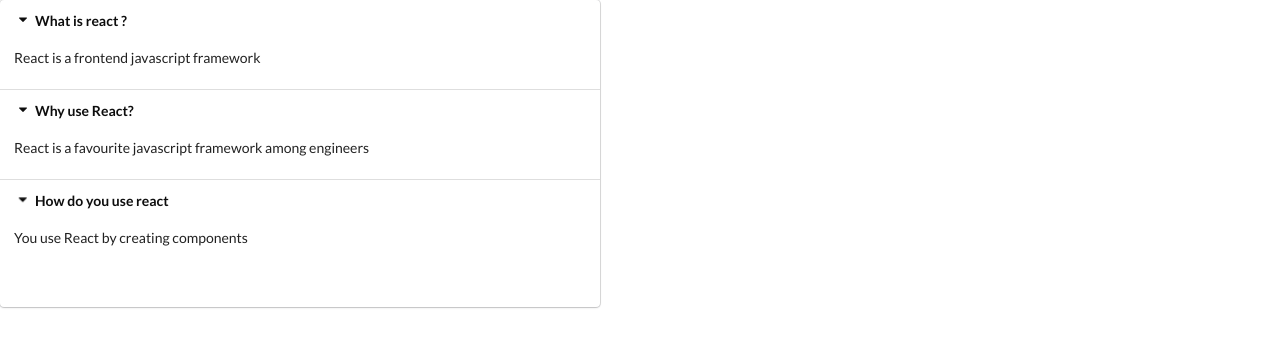
Repository: striver-69/Widjets-App
Page: /
The author's editor kept a copy of each file at every save. The page is drawn from the files as they stood at one save, then again after the next save.
The browser window is 1280 px wide. The pictures show the whole page.
The project was rebuilt for these pictures with package versions that can differ from the ones it lists, and the page was loaded fresh each time.

Above is the page before, as saved 2021-03-04 01:51:19.

### public/index.html
<!DOCTYPE html>
<html lang="en">
  <head>
    <meta charset="utf-8" />
    <link rel="icon" href="%PUBLIC_URL%/favicon.ico" />
    <meta name="viewport" content="width=device-width, initial-scale=1" />
    <meta name="theme-color" content="#000000" />
    <link rel ="stylesheet" href="https://cdnjs.cloudflare.com/ajax/libs/semantic-ui/2.4.1/semantic.min.css"/>
    <meta
      name="description"
      content="Web site created using create-react-app"
    />
    <link rel="apple-touch-icon" href="%PUBLIC_URL%/logo192.png" />
    <!--
      manifest.json provides metadata used when your web app is installed on a
      user's mobile device or desktop. See https://developers.google.com/web/fundamentals/web-app-manifest/
    -->
    <link rel="manifest" href="%PUBLIC_URL%/manifest.json" />
    <!--
      Notice the use of %PUBLIC_URL% in the tags above.
      It will be replaced with the URL of the `public` folder during the build.
      Only files inside the `public` folder can be referenced from the HTML.

      Unlike "/favicon.ico" or "favicon.ico", "%PUBLIC_URL%/favicon.ico" will
      work correctly both with client-side routing and a non-root public URL.
      Learn how to configure a non-root public URL by running `npm run build`.
    -->
    <title>React App</title>
  </head>
  <body>
    <noscript>You need to enable JavaScript to run this app.</noscript>
    <div id="root"></div>
    <!--
      This HTML file is a template.
      If you open it directly in the browser, you will see an empty page.

      You can add webfonts, meta tags, or analytics to this file.
      The build step will place the bundled scripts into the <body> tag.

      To begin the development, run `npm start` or `yarn start`.
      To create a production bundle, use `npm run build` or `yarn build`.
    -->
  </body>
</html>

### src/index.js
import React from 'react'
import ReactDOM from 'react-dom'
import App from './App'

ReactDOM.render(<App/>,document.querySelector('#root'))

### src/App.js
import React from 'react'
import Accordion from './components/Accordion'

const items=[
  {
    title:'What is react ?',
    content:'React is a frontend javascript framework'
  },
  {
    title:'Why use React?',
    content:'React is a favourite javascript framework among engineers'
  },
  {
    title:'How do you use react',
    content:'You use React by creating components'
  }
]

export default ()=>{
  return (
    <div>
      <Accordion items={items}/>
    </div>
  )
}

### src/components/Accordion.js
import React, {useState} from 'react'

export default function Accordion({items}) {

  const [activeIndex,setActiveIndex]=useState(null)

  const onTitleClick=(index)=>{
    setActiveIndex(index)
  }

  const rendereditems=items.map((item,index)=>{
    return <React.Fragment key={item.title}>
      <div className="title active"
      onClick={()=>onTitleClick(index)}>
        <i className="dropdown icon"></i>
        {item.title}
      </div>
      <div className="content active">
        <p>{item.content}</p>
      </div>
    </React.Fragment>
  })
  return (
    <div className="ui styled accordion">
      {rendereditems}
      <h1>{activeIndex}</h1>
    </div>
  )
}

After the next save:
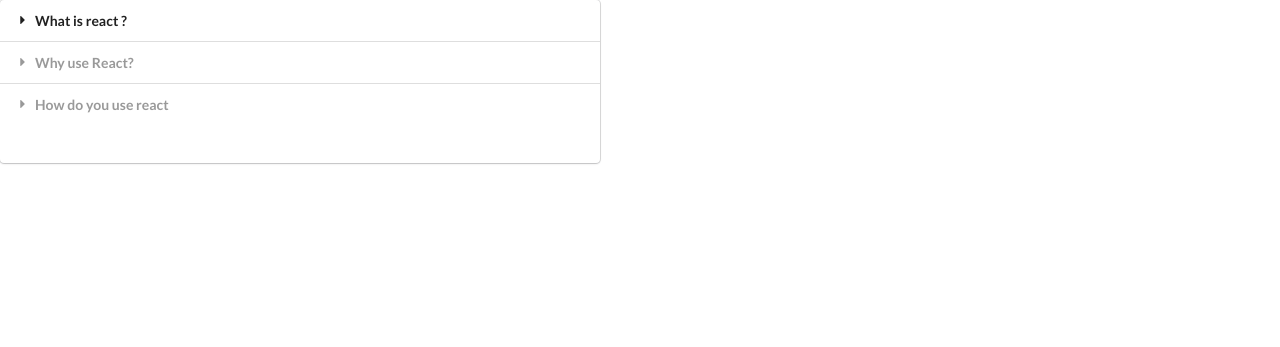
Saved 15 min 15 s later.
--- a/src/components/Accordion.js
+++ b/src/components/Accordion.js
@@ -9,13 +9,14 @@
   }
 
   const rendereditems=items.map((item,index)=>{
+    const active= index===activeIndex? 'active':''
     return <React.Fragment key={item.title}>
-      <div className="title active"
+      <div className={`title ${active}`}
       onClick={()=>onTitleClick(index)}>
         <i className="dropdown icon"></i>
         {item.title}
       </div>
-      <div className="content active">
+      <div className={`content ${active}`}>
         <p>{item.content}</p>
       </div>
     </React.Fragment>
